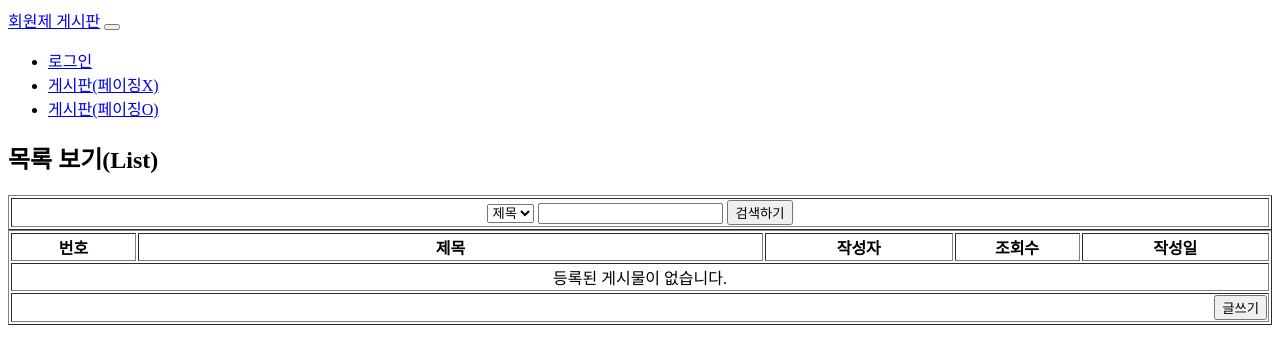
Repository: jungwoonAn/jsp_basic
Page: http://localhost/MustHaveJSP/09_PagingBoard/List.jsp
These files come from the project's save history. The page is drawn as it stood at one moment and after the next save; the edit follows.
The browser window is 1280 px wide. The pictures show the whole page.
The page is served by Tomcat 10. Other server files are loaded and not shown. Queries for data that is not in the repository find no rows.

Above is the page before, as saved 2024-10-22 08:40:07.

### MustHaveJSP/src/main/webapp/09_PagingBoard/List.jsp
<%@page import="model1.board.BoardVO"%>
<%@page import="java.util.List"%>
<%@page import="java.util.HashMap"%>
<%@page import="java.util.Map"%>
<%@page import="model1.board.BoardDAO"%>
<%@ page language="java" contentType="text/html; charset=UTF-8"
    pageEncoding="UTF-8"%>
<%
// DAO 생성하여 DB 연결
BoardDAO bDao = new BoardDAO(application);

// 사용자가 입력한 검색 조건을 Map에 저장
Map<String, Object> param = new HashMap<String, Object>();
String searchField = request.getParameter("searchField");
String searchWord = request.getParameter("searchWord");
if(searchWord != null){
	param.put("searchField", searchField);
	param.put("searchWord", searchWord);
}

int totalCount = bDao.selectCount(param);  // 게시물 수 확인
List<BoardVO> boardList = bDao.selectList(param);  // 게시물 목록 받기
bDao.close();  // DB 연결 닫기
%>
<!DOCTYPE html>
<html>
<head>
<meta charset="UTF-8">
<title>회원제 게시판</title>
<link href="https://cdn.jsdelivr.net/npm/bootstrap@5.3.3/dist/css/bootstrap.min.css">
</head>
<body>
	<jsp:include page="../Common/BSLink.jsp" />

	<h2>목록 보기(List)</h2>
	<!-- 검색 폼 -->
	<!-- form태그에 action이 없으면 어디로?? => 직전화면으로 이동 -->
	<form method="get">
		<table border="1" width="100%">
			<tr>
				<td style="text-align:center;">
					<select name="searchField">
						<option value="title">제목</option>
						<option value="content">내용</option>
					</select>
					<input type="text" name="searchWord">
					<button type="submit">검색하기</button>
				</td>
			</tr>
		</table>
	</form>
	<!-- 게시물 목록 테이블 -->
	<table border="1" width="100%">
		<thead>
			<tr>
				<th width="10%">번호</th>
				<th width="50%">제목</th>
				<th width="15%">작성자</th>
				<th width="10%">조회수</th>
				<th width="15%">작성일</th>
			</tr>
		</thead>
	<%
	if(boardList.isEmpty()){
		// 게시물이 없을 때
	%>
		<tbody>
			<tr>
				<td colspan="5" style="text-align:center;">등록된 게시물이 없습니다.</td>
			</tr>
		</tbody>
	<%
	}else {
		// 게시물이 있을 때
		int virtualNum = 0;  // 화면상 게시물 번호
		for(BoardVO bVo : boardList){
			virtualNum = totalCount--;  // 전체 게시물 수에서 시작해 1씩 감소
		%>
			<tbody>
				<tr style="text-align:center;">
					<td><%= virtualNum %></td>
					<td>
						<a href="View.jsp?num=<%= bVo.getNum() %>"><%= bVo.getTitle() %></a>
					</td>
					<td><%= bVo.getId() %></td>
					<td><%= bVo.getVisitcount() %></td>
					<td><%= bVo.getPostdate() %></td>
				</tr>
			</tbody>

		<%
		}
	}
	%>
		<!-- 목록 하단의 글쓰기 버튼 -->
		<tfoot>
			<tr>
				<td colspan="5" style="text-align:right;">
					<button type="button" onclick="location.href='Write.jsp';">글쓰기</button>
				</td>
			</tr>
		</tfoot>
	</table>
	<script src="https://cdn.jsdelivr.net/npm/@popperjs/core@2.11.8/dist/umd/popper.min.js"></script>
	<script src="https://cdn.jsdelivr.net/npm/bootstrap@5.3.3/dist/js/bootstrap.min.js"></script>
</body>
</html>

### MustHaveJSP/src/main/webapp/Common/BSLink.jsp
<%@ page language="java" contentType="text/html; charset=UTF-8"
    pageEncoding="UTF-8"%>
<nav class="navbar navbar-expand-lg bg-body-tertiary">
  <div class="container-fluid">
    <a class="navbar-brand" href="List.jsp">회원제 게시판</a>
    <button class="navbar-toggler" type="button" data-bs-toggle="collapse" data-bs-target="#navbarNav" aria-controls="navbarNav" aria-expanded="false" aria-label="Toggle navigation">
      <span class="navbar-toggler-icon"></span>
    </button>
    <div class="collapse navbar-collapse" id="navbarNav">
      <ul class="navbar-nav">
        <!-- 로그인 여부에 따른 메뉴 변화 -->
		<% if(session.getAttribute("UserId")==null) {
		%>
			<li class="nav-item">
	          <a class="nav-link" href="../Common/LoginForm.jsp">로그인</a>
	        </li>
		<%
		}else {
		%>
			<li class="nav-item">
	          <a class="nav-link" href="../Common/Logout.jsp">로그아웃</a>
	        </li>
		<%
		}
		%>
        <li class="nav-item">
          <a class="nav-link" href="../BS_Board/List.jsp">게시판(페이징X)</a>
        </li>
        <li class="nav-item">
          <a class="nav-link" href="../09_PagingBoard/List.jsp">게시판(페이징O)</a>
        </li>
      </ul>
    </div>
  </div>
</nav>

### MustHaveJSP/src/main/java/model1/board/BoardDAO.java
package model1.board;

import java.util.ArrayList;
import java.util.List;
import java.util.Map;

import common.JDBConnect;
import jakarta.servlet.ServletContext;

public class BoardDAO extends JDBConnect {

	// 0.DB 연결
	public BoardDAO(ServletContext application) {
		super(application);
	}

	// 1-1.게시물 개수 세기
	public int selectCount(Map<String, Object> map) {
		int totalCount = 0;  // 결과(게시물 수)를 담을 변수

		// 모든 게시물 수를 얻어오는 쿼리
		String sql = "select count(*) from board";

		// 검색 조회 : select count(*) from board where title like '%지금은%';
		if(map.get("searchWord") != null) {
			sql += " where " + map.get("searchField") + " "
					+ " like '%" + map.get("searchWord") + "%'";
		}

		try {
			stmt = conn.createStatement();  //쿼리문 생성
			rs = stmt.executeQuery(sql);  // 쿼리 실행
			rs.next();  // 커서를 첫번째 생으로 이동
			totalCount = rs.getInt(1);  // 첫번째 컬럼 값을 가져옴
		}catch(Exception e) {
			System.out.println("게시물 수를 구하는 중 예외 발생");
			e.printStackTrace();
		}

		return totalCount;
	}

	// 1-2.게시물 목록 가져오기
	public List<BoardVO> selectList(Map<String, Object> map){
		List<BoardVO> list = new ArrayList<BoardVO>();  // 결과(게시물 목록)를 담을 변수

		// 모든 게시물 조회
		String sql = "select * from board";

		// 검색 조회 : select * from board where title like '%지금은%';
		if(map.get("searchWord") != null) {
			sql += " where " + map.get("searchField") + " "
					+ " like '%" + map.get("searchWord") + "%'";
		}
		sql += " order by num desc";

		try {
			stmt = conn.createStatement();
			rs = stmt.executeQuery(sql);

			while(rs.next()) {
				// 한 행(게시물 하나)의 내용을 VO에 저장
				BoardVO bVo = new BoardVO();

				bVo.setNum(rs.getString("num"));
				bVo.setTitle(rs.getString("title"));
				bVo.setContent(rs.getString("content"));
				bVo.setPostdate(rs.getDate("postdate"));
				bVo.setId(rs.getString("id"));
				bVo.setVisitcount(rs.getString("visitcount"));

				list.add(bVo);
			}
		}catch(Exception e) {
			System.out.println("게시물 조회 중 예외 발생");
			e.printStackTrace();
		}

		return list;
	}

	// 1-3.게시물 목록 가져오기(페이징 기능 추가)
	public List<BoardVO> selectListPage(Map<String, Object> map){
		List<BoardVO> list = new ArrayList<BoardVO>();  // 결과(게시물 목록)를 담을 변수

		// 모든 게시물 조회
		String sql = "select * from ("
				+ "		select Tb.*, rownum rNum from ("
				+ "			select * from board";

		// 검색 조회 : select * from board where title like '%지금은%';
		if(map.get("searchWord") != null) {
			sql += " where " + map.get("searchField") + " "
					+ " like '%" + map.get("searchWord") + "%'";
		}
		sql += "		order by num desc"
			+ "    ) Tb"
			+ ") where rNum between ? and ?";

		try {
			// 동적 쿼리문
			pstmt = conn.prepareStatement(sql);
			pstmt.setString(1, map.get("start").toString());
			pstmt.setString(2, map.get("end").toString());
			rs = pstmt.executeQuery();

			while(rs.next()) {
				// 한 행(게시물 하나)의 내용을 VO에 저장
				BoardVO bVo = new BoardVO();

				bVo.setNum(rs.getString("num"));
				bVo.setTitle(rs.getString("title"));
				bVo.setContent(rs.getString("content"));
				bVo.setPostdate(rs.getDate("postdate"));
				bVo.setId(rs.getString("id"));
				bVo.setVisitcount(rs.getString("visitcount"));

				list.add(bVo);
			}
		}catch(Exception e) {
			System.out.println("게시물 조회 중 예외 발생");
			e.printStackTrace();
		}

		return list;
	}

	// 2.작성한 글 받아 DB에 추가
	public int insertWrite(BoardVO bVo) {
		int result = 0;

		try {
			// insert 쿼리
			String sql = "insert into board(num, title, content, id, visitcount) "+
						"values(seq_board_num.nextval, ?, ?, ?, 0)";

			pstmt = conn.prepareStatement(sql);  // 동적 쿼리
			pstmt.setString(1, bVo.getTitle());
			pstmt.setString(2, bVo.getContent());
			pstmt.setString(3, bVo.getId());

			result = pstmt.executeUpdate();  // 쿼리 성공하면 추가한 행 개수 반환
		}catch(Exception e) {
			System.out.println("게시물 입력 중 예외 발생");
			e.printStackTrace();
		}

		return result;
	}

	// 3-1.선택한 게시물 찾아 내용 반환
	public BoardVO selectView(String num) {
		BoardVO bVo = new BoardVO();

		// 쿼리문
		String sql = "select B.*, M.name from member M, board B where M.id=B.id and num=?";

		try {
			pstmt = conn.prepareStatement(sql);
			pstmt.setString(1, num);  // 인파라미터를 일련번호로 설정
			rs = pstmt.executeQuery();

			// 결과 처리
			if(rs.next()) {
				bVo.setNum(rs.getString("num"));
				bVo.setTitle(rs.getString("title"));
				bVo.setContent(rs.getString("content"));
				bVo.setPostdate(rs.getDate("postdate"));
				bVo.setId(rs.getString("id"));
				bVo.setVisitcount(rs.getString("visitcount"));
				bVo.setName(rs.getString("name"));
			}
		}catch(Exception e) {
			System.out.println("게시물 상세보기 중 예외 발생");
			e.printStackTrace();
		}

		return bVo;
	}

	// 3-2.선택한 게시물의 조회수 1증가
	public void updateVisitCount(String num) {
		// 쿼리문
		String sql = "update board set visitcount=visitcount+1 where num=?";

		try {
			pstmt = conn.prepareStatement(sql);
			pstmt.setString(1, num);
			pstmt.executeUpdate();
		}catch(Exception e) {
			System.out.println("게시물 조회수 증가 중 예외 발생");
			e.printStackTrace();
		}
	}

	// 4.선택한 게시물 수정
	public int updateEdit(BoardVO bVo) {
		int result = 0;

		try {
			// 쿼리문
			String sql = "update board set title=?, content=? where num=?";

			pstmt = conn.prepareStatement(sql);
			pstmt.setString(1, bVo.getTitle());
			pstmt.setString(2, bVo.getContent());
			pstmt.setString(3, bVo.getNum());
			result = pstmt.executeUpdate();
		}catch(Exception e) {
			System.out.println("게시물 수정 중 예외 발생");
			e.printStackTrace();
		}

		return result;
	}

	// 5.선택한 게시물 삭제
	public int deletePost(BoardVO bVo) {
		int result = 0;

		try {
			// 쿼리문
			String sql = "delete from board where num=?";

			pstmt = conn.prepareStatement(sql);
			pstmt.setString(1, bVo.getNum());
			result = pstmt.executeUpdate();

		}catch(Exception e) {
			System.out.println("게시물 삭제 중 예외 발생");
			e.printStackTrace();
		}

		return result;
	}
}

After the next save:
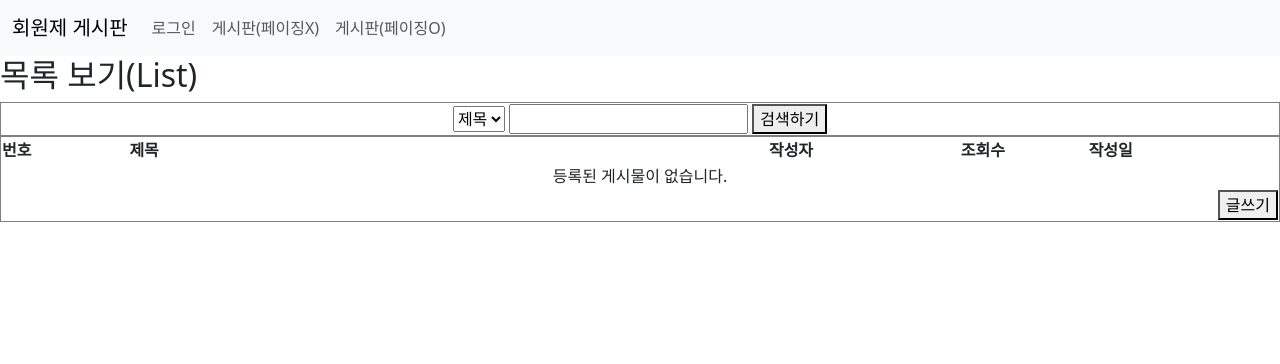
Saved 2 min 32 s later.
--- a/MustHaveJSP/src/main/webapp/09_PagingBoard/List.jsp
+++ b/MustHaveJSP/src/main/webapp/09_PagingBoard/List.jsp
@@ -27,7 +27,7 @@ bDao.close();  // DB 연결 닫기
 <head>
 <meta charset="UTF-8">
 <title>회원제 게시판</title>
-<link href="https://cdn.jsdelivr.net/npm/bootstrap@5.3.3/dist/css/bootstrap.min.css">
+<link rel="stylesheet" href="https://cdn.jsdelivr.net/npm/bootstrap@5.3.3/dist/css/bootstrap.min.css">
 </head>
 <body>
 	<jsp:include page="../Common/BSLink.jsp" />
